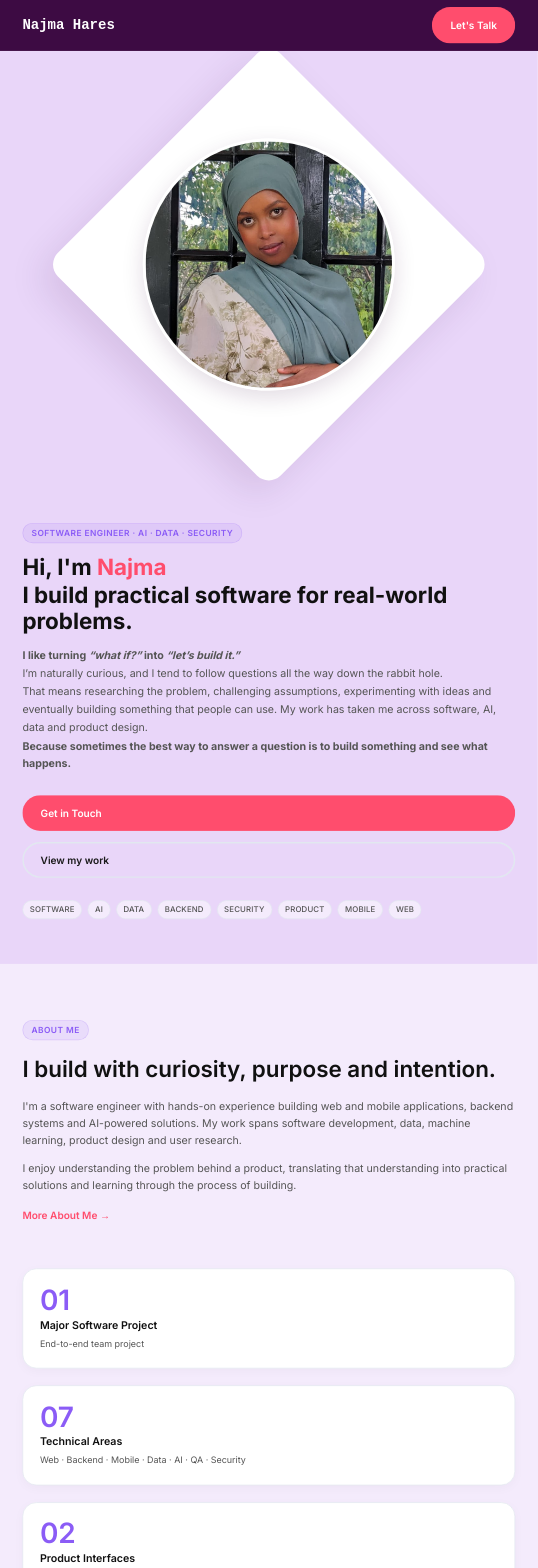
Repository: najmahares/portfolio
Page: index.html
These files come from the project's save history. The page is drawn as it stood at one moment and after the next save; the edit follows.
The browser window is 768 px wide. The pictures show the part of the page from y = 0 to 2240 px (the page is 5518 px tall before and 5368 px after), at 70% of full size.

Above is the page before, as saved 2026-09-19 07:00:59.

### index.html
<!doctype html>
<html lang="en">
  <head>
    <meta charset="UTF-8" />
    <meta name="viewport" content="width=device-width, initial-scale=1.0" />
    <title>Najma Hares | Software Engineer</title>
    <link rel="preconnect" href="https://fonts.googleapis.com" />
    <link rel="preconnect" href="https://fonts.gstatic.com" crossorigin />
    <link
      href="https://fonts.googleapis.com/css2?family=Inter:wght@300;400;500;600;700&display=swap"
      rel="stylesheet"
    />
    <link rel="stylesheet" href="css/style.css" />
  </head>
  <body>
    <!-- Navbar -->
    <nav class="navbar">
      <div class="container nav-container">
        <a href="index.html" class="logo">Najma Hares</a>
        <div class="nav-links">
          <a href="index.html" class="active">Home</a>
          <a href="#about">About</a>
          <a href="#skills">Skills</a>
          <a href="#projects">Projects</a>
          <a href="#contact">Contact</a>
        </div>
        <a href="mailto:haresnajma@gmail.com" class="btn btn-primary magnetic"
          >Let's Talk</a
        >
      </div>
    </nav>

    <!-- Hero Section -->
    <section class="hero">
      <div class="container hero-grid">
        <div class="hero-content">
          <span class="badge reveal"
            >SOFTWARE ENGINEER · AI · DATA · SECURITY</span
          >
          <h1 class="reveal">
            Hi, I'm <span class="text-accent">Najma</span><br />I build
            practical software for real-world problems.
          </h1>
          <p class="hero-desc reveal">
            <strong
              >I like turning <i>“what if?”</i> into <i>“let’s build it.”</i>
            </strong>
            <br />
            I’m naturally curious, and I tend to follow questions all the way
            down the rabbit hole. <br />
            That means researching the problem, challenging assumptions,
            experimenting with ideas and eventually building something that
            people can use. My work has taken me across software, AI, data and
            product design.
            <br />
            <strong
              >Because sometimes the best way to answer a question is to build
              something and see what happens.</strong
            >
          </p>
          <div class="hero-buttons reveal">
            <a href="#contact" class="btn btn-primary magnetic">Get in Touch</a>
            <a href="#projects" class="btn btn-outline magnetic"
              >View my work</a
            >
          </div>
          <div class="tech-stack reveal">
            <span class="badge-sm">Software</span>
            <span class="badge-sm">AI</span>
            <span class="badge-sm">Data</span>
            <span class="badge-sm">Backend</span>
            <span class="badge-sm">Security</span>
            <span class="badge-sm">Product</span>
            <span class="badge-sm">Mobile</span>
            <span class="badge-sm">Web</span>
          </div>
        </div>

        <!-- Hero Image Wrapper -->
        <div class="hero-image-wrapper reveal">
          <div class="avatar-graphic tilt-card" data-rotate="45">
            <img
              src="assets/portfolio_image.jpg"
              alt="Najma Hares"
              class="hero-img"
            />
          </div>
        </div>
      </div>
    </section>

    <!-- About & Stats -->
    <section id="about" class="section">
      <div class="container about-grid">
        <div class="about-text reveal">
          <span class="badge">ABOUT ME</span>
          <h2>I build with curiosity, purpose and intention.</h2>
          <p>
            I'm a software engineer with hands-on experience building web and
            mobile applications, backend systems and AI-powered solutions. My
            work spans software development, data, machine learning, product
            design and user research.
          </p>
          <p>
            I enjoy understanding the problem behind a product, translating that
            understanding into practical solutions and learning through the
            process of building.
          </p>
          <a href="#" class="link-arrow">More About Me →</a>
        </div>
        <div class="stats-grid">
          <div class="card stat-card reveal tilt-card">
            <h3>01</h3>
            <p>Major Software Project</p>
            <span class="stat-sub">End-to-end team project</span>
          </div>
          <div class="card stat-card reveal tilt-card">
            <h3>07</h3>
            <p>Technical Areas</p>
            <span class="stat-sub"
              >Web · Backend · Mobile · Data · AI · QA · Security</span
            >
          </div>
          <div class="card stat-card reveal tilt-card">
            <h3>02</h3>
            <p>Product Interfaces</p>
            <span class="stat-sub">Auditerra PWA + Mobile App</span>
          </div>
          <div class="card stat-card reveal tilt-card">
            <h3>01</h3>
            <p>Social Impact Venture</p>
            <span class="stat-sub">Bloombox Kits</span>
          </div>
        </div>
      </div>
    </section>

    <!-- Skills -->
    <section id="skills" class="section bg-alt">
      <div class="container">
        <div class="section-header reveal">
          <span class="badge">MY SKILLS</span>
          <h2>Technologies I Work With</h2>
          <p>
            Tools and technologies I use to turn ideas into practical products.
          </p>
        </div>
        <div class="skills-grid">
          <div class="skill-item reveal">
            <div class="skill-info">
              <span>Frontend</span><span>React, Next.js, TypeScript</span>
            </div>
            <div class="progress-bar">
              <div class="progress" style="width: 90%"></div>
            </div>
          </div>
          <div class="skill-item reveal">
            <div class="skill-info">
              <span>Backend</span><span>Python, FastAPI, PostgreSQL</span>
            </div>
            <div class="progress-bar">
              <div class="progress" style="width: 85%"></div>
            </div>
          </div>
          <div class="skill-item reveal">
            <div class="skill-info">
              <span>Data & AI</span><span>ML, LLM APIs, RAG, AI Agents</span>
            </div>
            <div class="progress-bar">
              <div class="progress" style="width: 80%"></div>
            </div>
          </div>
          <div class="skill-item reveal">
            <div class="skill-info">
              <span>Mobile</span><span>Flutter, Dart</span>
            </div>
            <div class="progress-bar">
              <div class="progress" style="width: 75%"></div>
            </div>
          </div>
          <div class="skill-item reveal">
            <div class="skill-info">
              <span>Testing</span><span>Jest, Cypress, Playwright</span>
            </div>
            <div class="progress-bar">
              <div class="progress" style="width: 85%"></div>
            </div>
          </div>
          <div class="skill-item reveal">
            <div class="skill-info">
              <span>Product & UX</span><span>Figma, UX Research, Jira</span>
            </div>
            <div class="progress-bar">
              <div class="progress" style="width: 80%"></div>
            </div>
          </div>
        </div>
      </div>
    </section>

    <!-- Recent Work -->
    <section id="projects" class="section">
      <div class="container">
        <div class="section-header reveal">
          <span class="badge">FEATURED PROJECT</span>
          <h2>Some of My Recent Work</h2>
          <p>A selection of projects I've built recently.</p>
        </div>
        <div class="projects-grid">
          <a href="project.html" class="card project-card reveal tilt-card">
            <div class="project-img placeholder-1"></div>
            <div class="project-info">
              <span class="badge-sm">FEATURED PROJECT</span>
              <h3>Auditerra</h3>
              <p class="project-subtitle">
                Land Restoration Monitoring Platform
              </p>
              <p class="project-desc">
                A two-interface platform connecting field experts with
                smallholder farmers.
              </p>
              <div class="project-tags">
                <span class="badge-sm">React</span>
                <span class="badge-sm">Flutter</span>
                <span class="badge-sm">Gemini</span>
              </div>
            </div>
          </a>
          <a href="project.html" class="card project-card reveal tilt-card">
            <div class="project-img placeholder-2"></div>
            <div class="project-info">
              <span class="badge-sm">SOCIAL IMPACT PROJECT</span>
              <h3>Bloombox Kits</h3>
              <p class="project-subtitle">Portable Beauty-Kit Venture</p>
              <p class="project-desc">
                A portable beauty-kit venture supporting girls' education.
              </p>
              <div class="project-tags">
                <span class="badge-sm">Entrepreneurship</span>
                <span class="badge-sm">Social Impact</span>
              </div>
            </div>
          </a>
          <a href="project.html" class="card project-card reveal tilt-card">
            <div class="project-img placeholder-3"></div>
            <div class="project-info">
              <span class="badge-sm">DATA & MACHINE LEARNING</span>
              <h3>Machine Learning Project</h3>
              <p class="project-subtitle">[Actual Project Name]</p>
              <p class="project-desc">
                A machine-learning project focused on solving real-world data
                problems.
              </p>
              <div class="project-tags">
                <span class="badge-sm">Python</span>
                <span class="badge-sm">ML</span>
              </div>
            </div>
          </a>
        </div>
      </div>
    </section>

    <!-- Footer -->
    <footer id="contact" class="footer">
      <div class="container footer-grid">
        <div class="footer-cta reveal">
          <span class="badge">LET'S WORK TOGETHER</span>
          <h2>Have an idea worth building?</h2>
          <p>
            I'm always interested in learning, building and working on problems
            where technology can create meaningful value.
          </p>
          <a href="mailto:haresnajma@gmail.com" class="btn btn-primary magnetic"
            >Let's Talk</a
          >
        </div>
        <div class="footer-info reveal">
          <div class="card personal-card">
            <span class="badge-sm">CURRENTLY</span>
            <h3>Building & learning</h3>
            <p><strong>Najma Hares</strong><br />Software Engineer</p>
            <div class="personal-focus">
              <span>Software Engineering</span>
              <span>AI & Data</span>
              <span>Product Development</span>
            </div>
          </div>
          <div class="social-links">
            <h4>Follow Me</h4>
            <a href="#">GitHub</a>
            <a href="#">LinkedIn</a>
            <a href="mailto:haresnajma@gmail.com">haresnajma@gmail.com</a>
          </div>
        </div>
      </div>
      <div class="container footer-bottom">
        <p>&copy; 2026 Najma Hares Muhumed. All rights reserved.</p>
        <p>Made with ❤️ by Najma</p>
      </div>
    </footer>

    <script src="js/main.js"></script>
  </body>
</html>

### css/style.css
:root {
  --bg-nav: #3d0b43;
  --bg-hero: #e9d6f9;
  --bg-body: #f4ebfc;
  --bg-card: #ffffff;

  --text-main: #1a1a1a;
  --text-heading: #111111;
  --text-muted: #555555;

  --accent: #ff4d6d;
  --accent-purple: #8b5cf6;
  --border: #e2e8f0;
  --border-radius: 20px;
  --font-main: "Inter", sans-serif;
}

* {
  margin: 0;
  padding: 0;
  box-sizing: border-box;
}

html {
  scroll-behavior: smooth;
}

body {
  font-family: var(--font-main);
  background-color: var(--bg-body);
  color: var(--text-main);
  line-height: 1.6;
  overflow-x: hidden;
}

a {
  text-decoration: none;
  color: inherit;
  transition: color 0.3s;
}
ul {
  list-style: none;
}

.container {
  max-width: 1100px;
  margin: 0 auto;
  padding: 0 2rem;
}
.section {
  padding: 5rem 0;
}
.bg-alt {
  background-color: #f0e6fa;
}
.text-accent {
  color: var(--accent);
}

h1 {
  font-size: clamp(2rem, 4vw, 3rem);
  line-height: 1.2;
  font-weight: 700;
  margin-bottom: 1rem;
  color: var(--text-heading);
}
h2 {
  font-size: 2rem;
  font-weight: 600;
  margin-bottom: 1rem;
  color: var(--text-heading);
}
h3 {
  font-size: 1.25rem;
  font-weight: 600;
  margin-bottom: 0.5rem;
  color: var(--text-heading);
}
p {
  color: var(--text-muted);
  margin-bottom: 1rem;
  font-size: 0.95rem;
}

.btn {
  display: inline-block;
  padding: 0.75rem 1.5rem;
  border-radius: 50px;
  font-weight: 600;
  font-size: 0.9rem;
  cursor: pointer;
  transition: all 0.3s ease;
  border: 2px solid transparent;
}
.btn-primary {
  background-color: var(--accent);
  color: #ffffff;
}
.btn-primary:hover {
  background-color: #e63956;
  transform: translateY(-2px);
  box-shadow: 0 4px 15px rgba(255, 77, 109, 0.4);
}
.btn-outline {
  background-color: transparent;
  border-color: var(--border);
  color: var(--text-main);
}
.btn-outline:hover {
  border-color: var(--accent-purple);
  color: var(--accent-purple);
  transform: translateY(-2px);
}
.badge {
  display: inline-block;
  padding: 0.25rem 0.75rem;
  background-color: rgba(139, 92, 246, 0.1);
  color: var(--accent-purple);
  border-radius: 50px;
  font-size: 0.75rem;
  font-weight: 600;
  margin-bottom: 1rem;
  border: 1px solid rgba(139, 92, 246, 0.2);
  text-transform: uppercase;
  letter-spacing: 0.05em;
}
.badge-sm {
  display: inline-block;
  padding: 0.2rem 0.6rem;
  background-color: var(--bg-body);
  border: 1px solid var(--border);
  border-radius: 50px;
  font-size: 0.7rem;
  font-weight: 500;
  color: var(--text-muted);
  text-transform: uppercase;
  letter-spacing: 0.02em;
}
.link-arrow {
  color: var(--accent);
  font-weight: 600;
  font-size: 0.9rem;
  display: inline-flex;
  align-items: center;
  gap: 0.25rem;
}
.link-arrow:hover {
  gap: 0.5rem;
  color: #e63956;
}

.navbar {
  position: sticky;
  top: 0;
  background-color: var(--bg-nav);
  z-index: 100;
  border-bottom: 1px solid rgba(255, 255, 255, 0.1);
}
.nav-container {
  display: flex;
  justify-content: space-between;
  align-items: center;
  height: 72px;
}
.logo {
  font-size: 1.25rem;
  font-weight: 700;
  color: #ffffff;
  font-family: monospace;
}
.nav-links {
  display: flex;
  gap: 2rem;
}
.nav-links a {
  font-size: 0.9rem;
  font-weight: 500;
  color: rgba(255, 255, 255, 0.7);
}
.nav-links a:hover,
.nav-links a.active {
  color: #ffffff;
}

.hero {
  padding: 5rem 0 4rem;
  background-color: var(--bg-hero);
  position: relative;
  overflow: hidden;
}

.hero-grid {
  display: grid;
  grid-template-columns: 1.6fr 1fr;
  gap: 6rem;
  align-items: center;
}

.hero-desc {
  font-size: 0.95rem;
  max-width: 100%;
  margin-bottom: 2rem;
  line-height: 1.7;
}

.hero-buttons {
  display: flex;
  gap: 1rem;
  margin-bottom: 2rem;
}

.tech-stack {
  display: flex;
  flex-wrap: wrap;
  gap: 0.5rem;
}

.hero-image-wrapper {
  display: flex;
  justify-content: center;
  align-items: center;
  position: relative;
  min-height: 450px;
}

.avatar-graphic {
  width: 100%;
  max-width: 450px;
  height: 450px;
  border-radius: 24px;
  display: flex;
  align-items: center;
  justify-content: center;
  position: relative;
  z-index: 10;
  background-color: #ffffff;
  box-shadow: 0 25px 50px rgba(61, 11, 67, 0.1);
  overflow: hidden;
  transition:
    transform 0.5s ease,
    box-shadow 0.5s ease;
  transform: rotate(45deg);
}

.avatar-graphic:hover {
  box-shadow: 0 30px 60px rgba(61, 11, 67, 0.15);
}

.hero-img {
  width: 80%;
  height: 80%;
  object-fit: cover;
  object-position: center top;
  border-radius: 50%;
  border: 4px solid #ffffff;
  box-shadow: 0 10px 30px rgba(61, 11, 67, 0.15);
  display: block;
  transform: rotate(-45deg);
}

.about-grid {
  display: grid;
  grid-template-columns: 1fr 1fr;
  gap: 4rem;
  align-items: center;
}
.stats-grid {
  display: grid;
  grid-template-columns: 1fr 1fr;
  gap: 1.5rem;
}
.card {
  background-color: var(--bg-card);
  border: 1px solid var(--border);
  border-radius: var(--border-radius);
  padding: 1.5rem;
  box-shadow: 0 4px 15px rgba(0, 0, 0, 0.03);
  transition:
    transform 0.3s ease,
    box-shadow 0.3s ease;
}
.card:hover {
  transform: translateY(-3px);
  box-shadow: 0 8px 25px rgba(0, 0, 0, 0.06);
}
.stat-card h3 {
  font-size: 2.5rem;
  color: var(--accent-purple);
  margin-bottom: 0.25rem;
  line-height: 1;
}
.stat-card p {
  font-size: 0.95rem;
  font-weight: 600;
  color: var(--text-heading);
  margin-bottom: 0.25rem;
}
.stat-sub {
  font-size: 0.8rem;
  color: var(--text-muted);
  display: block;
}

.section-header {
  text-align: center;
  margin-bottom: 3rem;
}
.skills-grid {
  display: grid;
  grid-template-columns: 1fr 1fr;
  gap: 2rem;
}
.skill-info {
  display: flex;
  justify-content: space-between;
  margin-bottom: 0.5rem;
  font-size: 0.9rem;
  font-weight: 500;
  color: var(--text-heading);
}
.skill-info span:last-child {
  color: var(--text-muted);
  font-size: 0.8rem;
}
.progress-bar {
  height: 8px;
  background-color: rgba(139, 92, 246, 0.1);
  border-radius: 4px;
  overflow: hidden;
}
.progress {
  height: 100%;
  background: linear-gradient(90deg, var(--accent-purple), var(--accent));
  border-radius: 4px;
}

.projects-grid {
  display: grid;
  grid-template-columns: repeat(auto-fit, minmax(300px, 1fr));
  gap: 2rem;
}
.project-card {
  padding: 0;
  overflow: hidden;
  display: flex;
  flex-direction: column;
  cursor: pointer;
}
.project-img {
  height: 180px;
  border-bottom: 1px solid var(--border);
}
.placeholder-1 {
  background: linear-gradient(45deg, #a18cd1, #fbc2eb);
}
.placeholder-2 {
  background: linear-gradient(45deg, #ff9a9e, #fecfef);
}
.placeholder-3 {
  background: linear-gradient(45deg, #4facfe, #00f2fe);
}
.project-info {
  padding: 1.5rem;
  display: flex;
  flex-direction: column;
  flex-grow: 1;
}
.project-subtitle {
  font-size: 0.8rem;
  font-weight: 600;
  color: var(--accent);
  margin-bottom: 0.5rem;
  text-transform: uppercase;
  letter-spacing: 0.05em;
}
.project-desc {
  font-size: 0.9rem;
  margin-bottom: 1rem;
  flex-grow: 1;
}
.project-tags {
  display: flex;
  flex-wrap: wrap;
  gap: 0.5rem;
  margin: 1rem 0;
}

.footer {
  background-color: var(--bg-nav);
  color: #ffffff;
  padding: 4rem 0 2rem;
}
.footer-grid {
  display: grid;
  grid-template-columns: 1fr 1fr;
  gap: 4rem;
  margin-bottom: 3rem;
}
.footer-cta h2 {
  color: #ffffff;
  font-size: 2rem;
}
.footer-cta p {
  color: rgba(255, 255, 255, 0.7);
  margin-bottom: 1.5rem;
}
.footer-info {
  display: flex;
  flex-direction: column;
  gap: 2rem;
}
.personal-card {
  background: rgba(255, 255, 255, 0.05);
  border: 1px solid rgba(255, 255, 255, 0.1);
}
.personal-card h3 {
  color: #ffffff;
}
.personal-card p {
  color: rgba(255, 255, 255, 0.7);
}
.personal-focus {
  display: flex;
  flex-wrap: wrap;
  gap: 0.5rem;
  margin-top: 1rem;
}
.personal-focus span {
  font-size: 0.75rem;
  background: rgba(139, 92, 246, 0.2);
  color: #d8b4fe;
  padding: 0.2rem 0.6rem;
  border-radius: 4px;
}
.social-links h4 {
  color: #ffffff;
  margin-bottom: 1rem;
}
.social-links a {
  display: block;
  color: rgba(255, 255, 255, 0.7);
  margin-bottom: 0.5rem;
  font-weight: 500;
}
.social-links a:hover {
  color: var(--accent);
}
.footer-bottom {
  display: flex;
  justify-content: space-between;
  padding-top: 2rem;
  border-top: 1px solid rgba(255, 255, 255, 0.1);
  font-size: 0.85rem;
  color: rgba(255, 255, 255, 0.5);
}

.reveal {
  opacity: 0;
  transform: translateY(30px);
  transition: all 0.8s cubic-bezier(0.5, 0, 0, 1);
}
.reveal.active {
  opacity: 1;
  transform: translateY(0);
}

@media (max-width: 992px) {
  .hero-grid,
  .about-grid,
  .footer-grid {
    grid-template-columns: 1fr;
  }
  .hero-image-wrapper {
    order: -1;
    margin-bottom: 3rem;
  }
  .skills-grid {
    grid-template-columns: 1fr;
  }
}
@media (max-width: 768px) {
  .nav-links {
    display: none;
  }
  .hero-buttons {
    flex-direction: column;
  }
  .stats-grid {
    grid-template-columns: 1fr;
  }
  .footer-bottom {
    flex-direction: column;
    gap: 1rem;
    text-align: center;
  }
  .avatar-graphic {
    max-width: 320px;
    height: 320px;
  }
}
/* The diamond card container */
.avatar-graphic {
  width: 100%;
  max-width: 450px;
  height: 450px;
  border-radius: 24px;
  display: flex;
  align-items: center;
  justify-content: center;
  position: relative;
  z-index: 10;
  background-color: #ffffff;
  box-shadow: 0 25px 50px rgba(61, 11, 67, 0.1);
  overflow: hidden;
  transition:
    transform 0.5s ease,
    box-shadow 0.5s ease;

  /* THE MAGIC: Rotates the square card 45 degrees into a diamond */
  transform: rotate(45deg);
}

.avatar-graphic:hover {
  box-shadow: 0 30px 60px rgba(61, 11, 67, 0.15);
}

/* The circular image inside the diamond */
.hero-img {
  width: 80%;
  height: 80%;
  object-fit: cover;
  object-position: center top;
  border-radius: 50%;
  border: 4px solid #ffffff;
  box-shadow: 0 10px 30px rgba(61, 11, 67, 0.15);
  display: block;

  /* THE MAGIC: Counter-rotates the image -45 degrees so your face stays perfectly upright */
  transform: rotate(-45deg);
}

### js/main.js
document.addEventListener("DOMContentLoaded", () => {
  const revealElements = document.querySelectorAll(".reveal");
  const revealObserver = new IntersectionObserver(
    (entries, observer) => {
      entries.forEach((entry) => {
        if (entry.isIntersecting) {
          entry.target.classList.add("active");
          observer.unobserve(entry.target);
        }
      });
    },
    { threshold: 0.1, rootMargin: "0px 0px -50px 0px" },
  );

  revealElements.forEach((el) => revealObserver.observe(el));

  const tiltCards = document.querySelectorAll(".tilt-card");
  tiltCards.forEach((card) => {
    const baseRotate = card.dataset.rotate
      ? parseFloat(card.dataset.rotate)
      : 0;

    card.addEventListener("mousemove", (e) => {
      const rect = card.getBoundingClientRect();
      const x = e.clientX - rect.left;
      const y = e.clientY - rect.top;

      const centerX = rect.width / 2;
      const centerY = rect.height / 2;

      const rotateX = ((y - centerY) / centerY) * -8;
      const rotateY = ((x - centerX) / centerX) * 8;

      card.style.transform = `perspective(1000px) rotateX(${rotateX}deg) rotateY(${rotateY}deg) rotate(${baseRotate}deg) scale(1.02)`;
    });

    card.addEventListener("mouseleave", () => {
      card.style.transform = `perspective(1000px) rotateX(0) rotateY(0) rotate(${baseRotate}deg) scale(1)`;
    });
  });

  const magneticButtons = document.querySelectorAll(".magnetic");
  magneticButtons.forEach((btn) => {
    btn.addEventListener("mousemove", (e) => {
      const rect = btn.getBoundingClientRect();
      const x = e.clientX - rect.left;
      const y = e.clientY - rect.top;

      const centerX = rect.width / 2;
      const centerY = rect.height / 2;

      const moveX = (x - centerX) * 0.2;
      const moveY = (y - centerY) * 0.2;

      btn.style.transform = `translate(${moveX}px, ${moveY}px)`;
    });

    btn.addEventListener("mouseleave", () => {
      btn.style.transform = `translate(0, 0)`;
    });
  });

  document.querySelectorAll('a[href^="#"]').forEach((anchor) => {
    anchor.addEventListener("click", function (e) {
      e.preventDefault();
      const target = document.querySelector(this.getAttribute("href"));
      if (target) {
        target.scrollIntoView({ behavior: "smooth", block: "start" });
      }
    });
  });
});

After the next save:
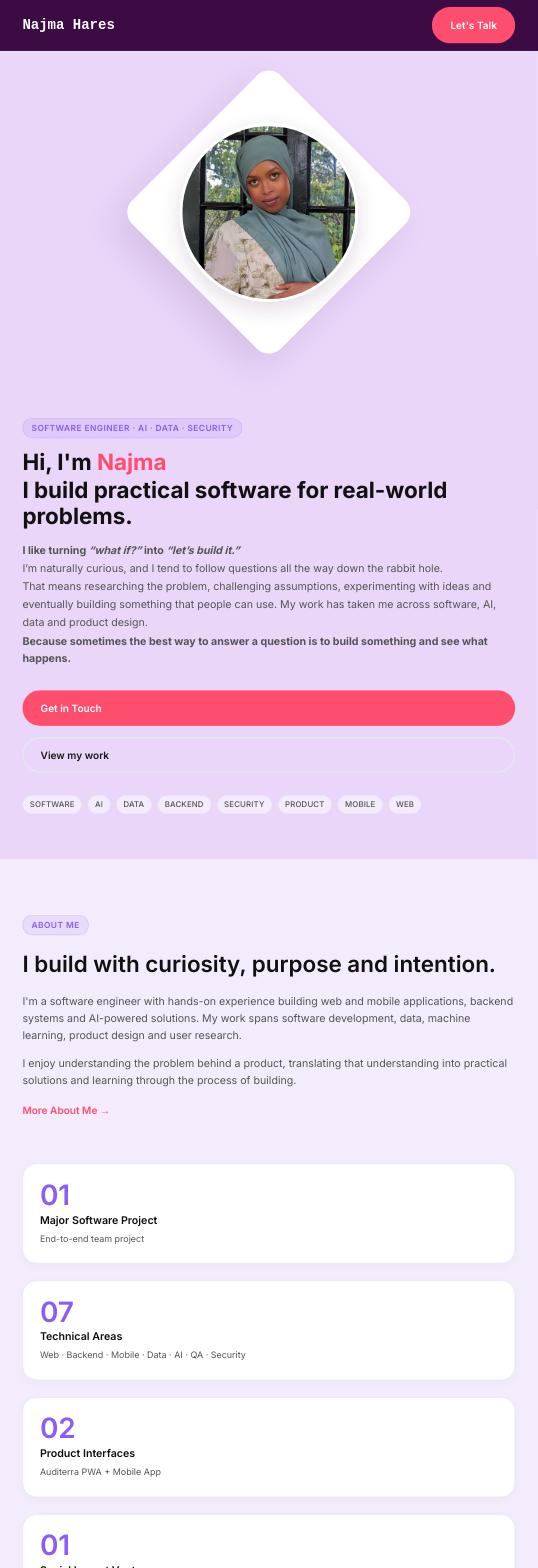
Saved 11 s later.
--- a/css/style.css
+++ b/css/style.css
@@ -220,13 +220,13 @@ p {
   justify-content: center;
   align-items: center;
   position: relative;
-  min-height: 450px;
+  min-height: 550px;
 }
 
 .avatar-graphic {
   width: 100%;
-  max-width: 450px;
-  height: 450px;
+  max-width: 380px;
+  height: 380px;
   border-radius: 24px;
   display: flex;
   align-items: center;
@@ -247,8 +247,8 @@ p {
 }
 
 .hero-img {
-  width: 80%;
-  height: 80%;
+  width: 85%;
+  height: 85%;
   object-fit: cover;
   object-position: center top;
   border-radius: 50%;
@@ -473,6 +473,7 @@ p {
   .hero-image-wrapper {
     order: -1;
     margin-bottom: 3rem;
+    min-height: auto;
   }
   .skills-grid {
     grid-template-columns: 1fr;
@@ -494,47 +495,7 @@ p {
     text-align: center;
   }
   .avatar-graphic {
-    max-width: 320px;
-    height: 320px;
-  }
-}
-/* The diamond card container */
-.avatar-graphic {
-  width: 100%;
-  max-width: 450px;
-  height: 450px;
-  border-radius: 24px;
-  display: flex;
-  align-items: center;
-  justify-content: center;
-  position: relative;
-  z-index: 10;
-  background-color: #ffffff;
-  box-shadow: 0 25px 50px rgba(61, 11, 67, 0.1);
-  overflow: hidden;
-  transition:
-    transform 0.5s ease,
-    box-shadow 0.5s ease;
-
-  /* THE MAGIC: Rotates the square card 45 degrees into a diamond */
-  transform: rotate(45deg);
-}
-
-.avatar-graphic:hover {
-  box-shadow: 0 30px 60px rgba(61, 11, 67, 0.15);
-}
-
-/* The circular image inside the diamond */
-.hero-img {
-  width: 80%;
-  height: 80%;
-  object-fit: cover;
-  object-position: center top;
-  border-radius: 50%;
-  border: 4px solid #ffffff;
-  box-shadow: 0 10px 30px rgba(61, 11, 67, 0.15);
-  display: block;
-
-  /* THE MAGIC: Counter-rotates the image -45 degrees so your face stays perfectly upright */
-  transform: rotate(-45deg);
-}
+    max-width: 300px;
+    height: 300px;
+  }
+}
